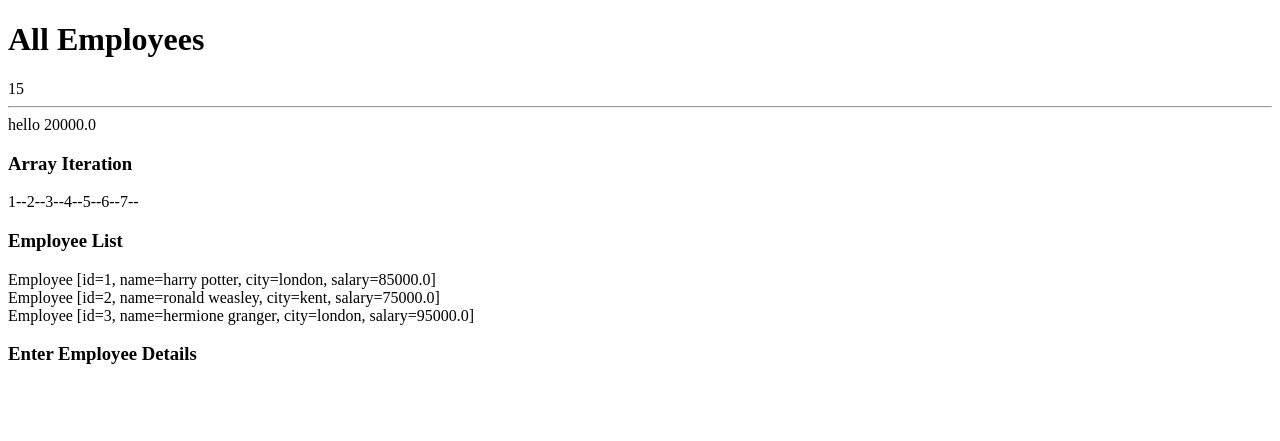
Repository: imtiyaz-hirani/cg-jan-23
Page: http://localhost/MySpringApp/employees
These files come from the project's save history. The page is drawn as it stood at one moment and after the next save; the edit follows.
The browser window is 1280 px wide. The pictures show the whole page.
The page is served by Tomcat 9.

Above is the page before, as saved 2023-01-12 09:22:33.

After the next save:
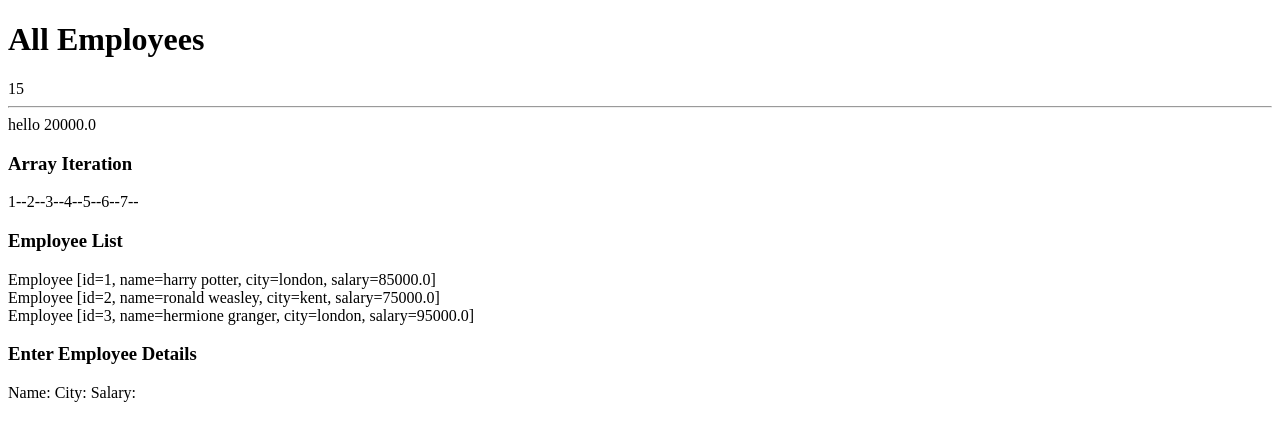
Saved 92 s later.
--- a/MySpringApp/WebContent/WEB-INF/jsps/employees.jsp
+++ b/MySpringApp/WebContent/WEB-INF/jsps/employees.jsp
@@ -44,7 +44,11 @@ int y=10;
  %>
 
  <h3>Enter Employee Details</h3>
-
+ <form action="" method="">
+ 	<label>Name: </label>
+ 	<label>City: </label>
+ 	<label>Salary: </label>
+ </form>
 </body>
 </html>
 
